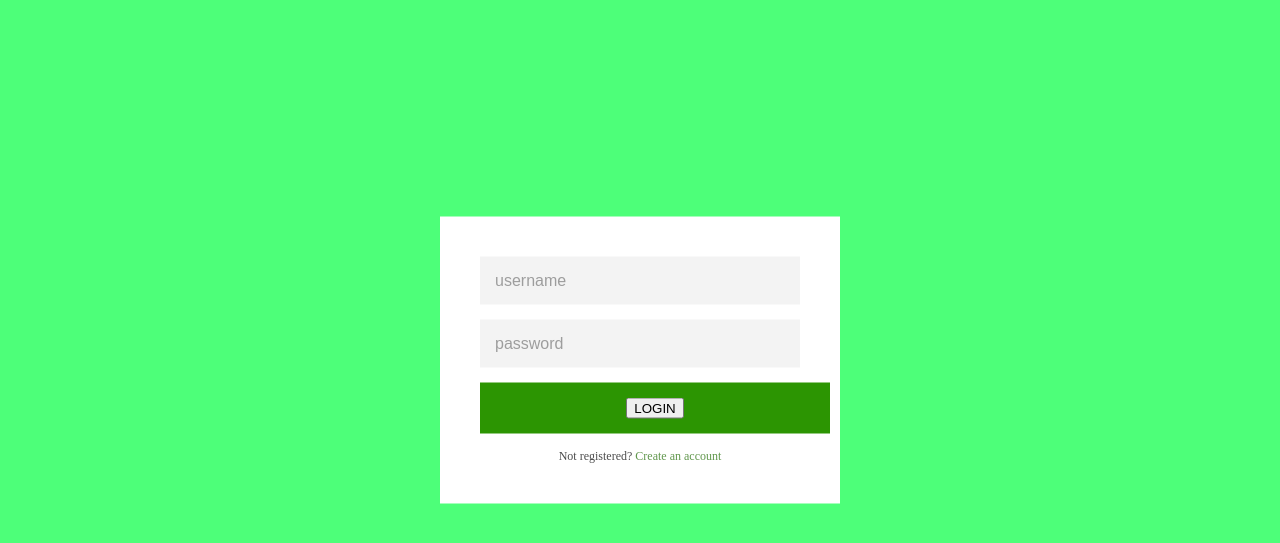
Repository: taka-sama/HTML-CSS-JS
Page: web00-lite/ex2/public_html/index.html
The author's editor kept a copy of each file at every save. The page is drawn from the files as they stood at one save, then again after a run of saves.
The browser window is 1280 px wide. The pictures show the whole page.
The style sheet was rebuilt from its Sass, Less or Tailwind sources for each picture, by a compiler version that may differ from the author's.

Above is the page before, as saved 2022-01-04 18:35:24.

### web00-lite/ex2/public_html/index.html
<!DOCTYPE html>
<html lang="en">
<head>
  <meta charset="UTF-8">
  <meta http-equiv="X-UA-Compatible" content="IE=edge">
  <meta name="viewport" content="width=device-width, initial-scale=1.0">
  <title>web00-lite/ex2</title>
  <link rel="stylesheet" href="style.css">
</head>
<body>
  <div class="wrapper">
    <div class="form-content">
      <ul class="form-list">
        <li class="list-content">
          <form method="POST" action="#">
            <input type="text" name="NAME" placeholder="username">
          </form>
        </li>
        <li class="list-content">
          <form method="POST" action="#">
            <input type="password" name="NAME" placeholder="password">
          </form>
        </li>
        <li class="list-content">
          <button href="#" class="content-button">LOGIN</button>
        </li>
        <!-- <li class="list-content">
          <p>Not registered? <a href="#">Create an account</a></p>
        </li> -->
      </ul>
      <p class="form-text">Not registered? <a href="#">Create an account</a></p>
    </div>
  </div>
</body>
</html>

### web00-lite/ex2/public_html/style.scss
body {
  background-color: rgb(77, 255, 121);
}

.form-content {
  width: 25%;
  padding: 40px;
  background-color: #fff;
  display: inline-block;
  text-align: center;
  position: absolute;
  top: 50%;
  left: 50%;
  transform: translateY(-50%) translateX(-50%);
}

.form-list {
  margin: 0;
  padding: 0;
  list-style: none;
  font-size: 16px;

  .list-content {
    &:first-child, &:nth-child(2) {
      input {
        background-color: rgb(238, 238, 238);
        border: 0;
        font-size: 16px;
        padding: 15px;
        padding-right: 0;
        width: 100%;
        box-sizing: border-box;
        opacity: 0.7;
      }
    }
    &:not(:first-child) {
      margin-top:  15px;
    }
    &:nth-child(3)  {
      padding: 15px;
      background-color: rgb(44, 149, 2);
      color: white;
      border: 0;
      font-size: 16px;
      width: 100%;
      cursor: pointer;
    }
    &:nth-child(3) {
      margin-top: 15px;
      p {
        margin: 0;
      }
      a {
        color: rgb(44, 149, 2);
        text-decoration: none;
        cursor: pointer;
      }
    }
  }
}

.form-text {
  font-size: 12px;
  padding: 15px 0 0 0;
  opacity: 0.7;
  margin: 0;
  a {
    color: rgb(30, 107, 0);
    text-decoration: none;
    opacity: 1;
  }
}

After the next 2 saves:
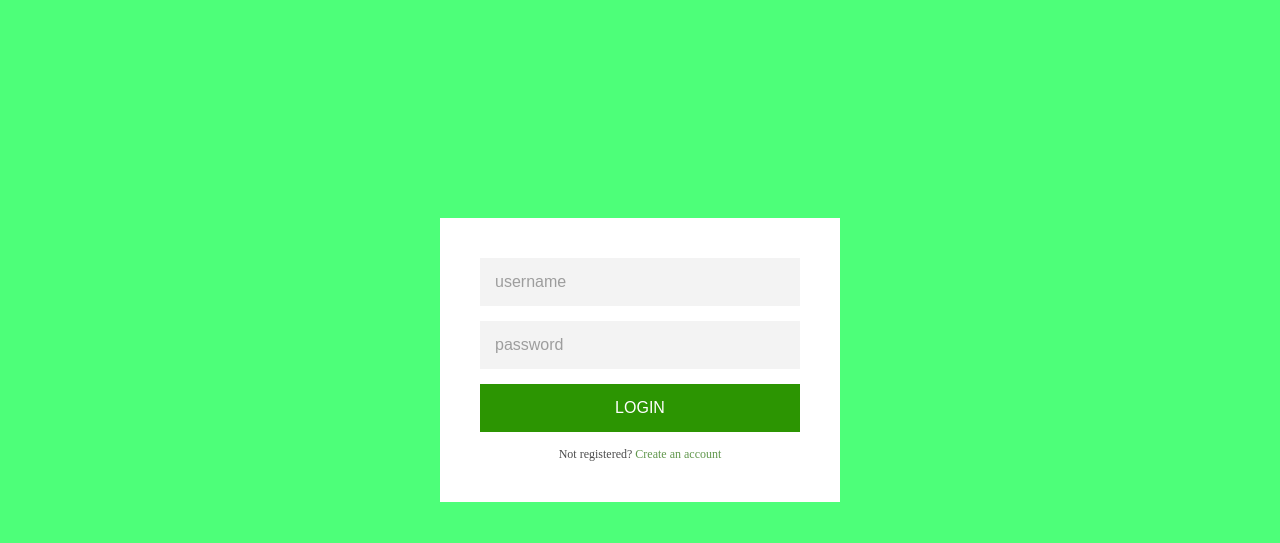
The 2 saves are shown as one change because they came seconds apart.
The last was saved 8 s later.
--- a/web00-lite/ex2/public_html/style.scss
+++ b/web00-lite/ex2/public_html/style.scss
@@ -36,7 +36,7 @@
     &:not(:first-child) {
       margin-top:  15px;
     }
-    &:nth-child(3)  {
+    &:nth-child(3) button {
       padding: 15px;
       background-color: rgb(44, 149, 2);
       color: white;
